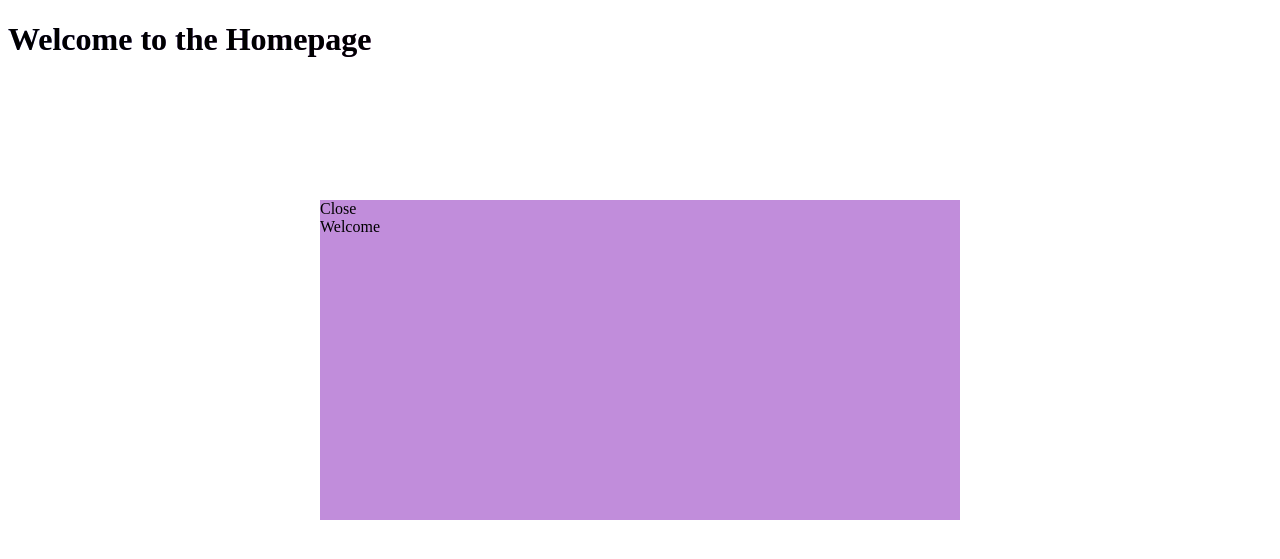
Repository: juliet-jskim/week9-popup-MDIA2109
Page: /
The author's editor kept a copy of each file at every save. The page is drawn from the files as they stood at one save, then again after the next save.
The browser window is 1280 px wide. The pictures show the whole page.
The project was rebuilt for these pictures with package versions that can differ from the ones it lists, and the page was loaded fresh each time. The framework's server and built-in components were replaced by stand-ins that run in the browser. Also part of the build but not shown: next.config.js.

Above is the page before, as saved 2023-02-27 10:09:53.

After the next save:
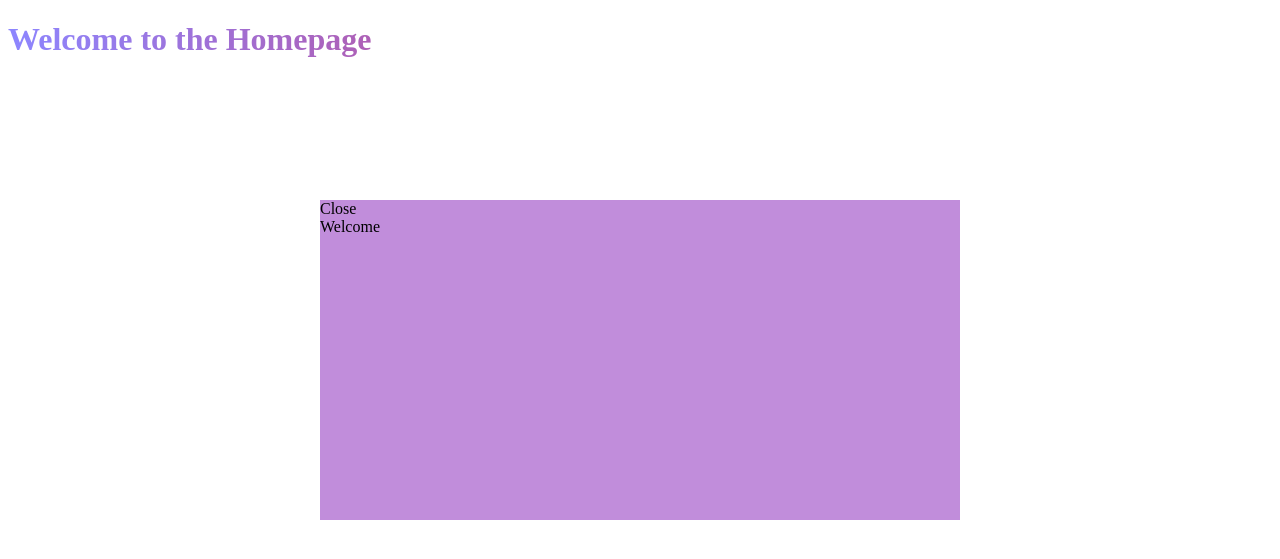
Saved 13 s later.
--- a/styles/Home.module.css
+++ b/styles/Home.module.css
@@ -1,8 +1,11 @@
 .main {
+
+}
+.header__main{
   font-family: lust;
   background: rgb(116, 114, 162);
   background: linear-gradient(90deg, rgba(141,134,255,1) 0%, rgba(255,0,0,1) 100%);
   z-index: -1;
   -webkit-background-clip: text;
-  /* -webkit-text-fill-color: transparent; */
+  -webkit-text-fill-color: transparent;
 }
